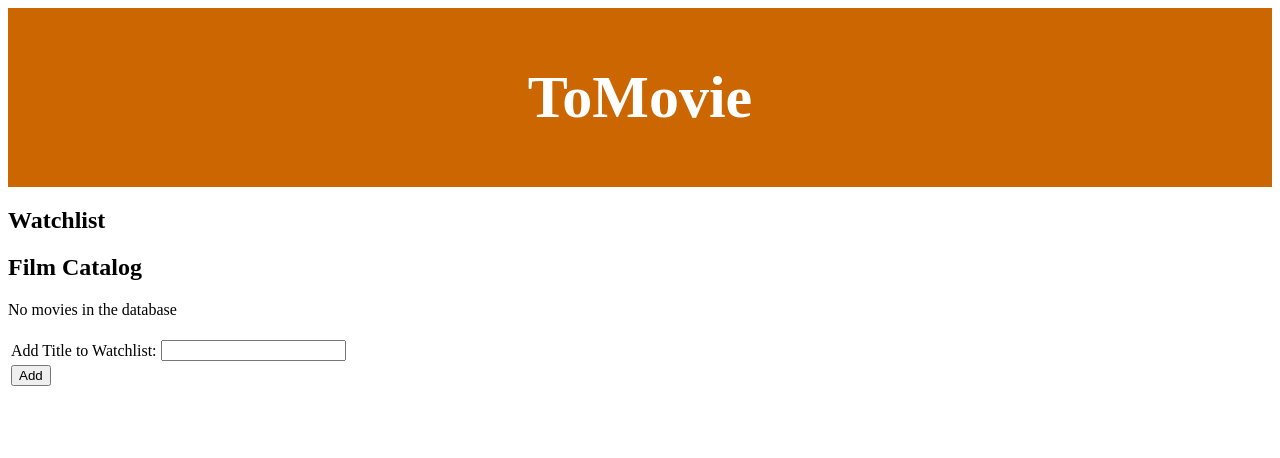
Repository: dannie-su-sjsu/CS157A-team6
Page: http://localhost/ToMovie/movie.jsp
The author's editor kept a copy of each file at every save. The page is drawn from the files as they stood at one save, then again after the next save.
The browser window is 1280 px wide. The pictures show the whole page.
The page is served by Tomcat 9. Other server files are loaded and not shown. Queries for data that is not in the repository find no rows.

Above is the page before, as saved 2023-07-16 05:38:44.

### ToMovie/src/main/webapp/movie.jsp
<%@ page language="java" contentType="text/html; \charset=UTF-8"
	pageEncoding="UTF-8"%>
<%@ page import = "java.sql.*"%>
<!DOCTYPE html>
<html>
<head>
<meta charset="UTF-8">
<style><%@include file="/WEB-INF/css/style.css"%></style>
<title>MovieList</title>
</head>
<body>
<header><h1>ToMovie</h1></header>
<article><h2>Watchlist</h2></article>
<article><h2>Film Catalog</h2></article>

<%
//*** CONNECTING TO DATABASE ***///
Class.forName("com.mysql.cj.jdbc.Driver");
Connection con = DriverManager.getConnection("jdbc:mysql://localhost:3306/cs157aprojectteam6","root","Halo4mlg!");
%>

<%//*** DISPLAYING MOVIE TABLE ***///
try{
	PreparedStatement display = con.prepareStatement("SELECT * FROM cs157aprojectteam6.Movie");
	ResultSet showDisplay = display.executeQuery();
	if(showDisplay.next()==false){
		out.println("No movies in the database");
	}
	else{%>
		<div class= "table_mod1">
			<table>
			<tr><th>ID</th><th>Title</th><th>Year Released</th></tr> <%
			do
			{ %>
				<tr><td><%= showDisplay.getString(1) %></td><td><%= showDisplay.getString(2) %></td><td><%= showDisplay.getString(3) %></td></tr><%
			}while(showDisplay.next());%>
			</table>
		</div><%
	}
}
catch(Exception e){
	e.getStackTrace();
}
%>

<%//*** ADDING FILMS ***///%>
<form action ="MovieServlet" method="post"><br>
<table>
<tr><td> Add Title to Watchlist: </td><td><input type = text name = title></td></tr>
<tr><td><input type = submit value = Add></td></tr>
</table>
</form>

</body>
</html>

### ToMovie/src/main/webapp/WEB-INF/css/style.css
@charset "UTF-8";
.button-container1{
	background-color: #C60;
	padding: 15px 32px;
  	text-align: center;
  	font-size: 36px;
  	font-family: Jockey One;
  	margin-right:100px;
  	box-shadow: 0 12px 16px 0 rgba(0,0,0,0.24), 0 17px 50px 0 rgba(0,0,0,0.19);

}
.button-container2{
	background-color: #C60;
	padding: 15px 32px;
  	color: #1E1E1E;
  	text-align: center;
  	font-size: 36px;
  	font-family: Jockey One;
  	margin-left:100px;
  	box-shadow: 0 12px 16px 0 rgba(0,0,0,0.24), 0 17px 50px 0 rgba(0,0,0,0.19);

}
.button-flex{
	display:flex;
	display: inline-block;
}
.table_mod1{
  border: 1px solid black;
  border-collapse: collapse;
}
header {
  background-color: #C60;
  padding: 15px;
  text-align: center;
  font-size: 30px;
  color: white;
}

After the next save:
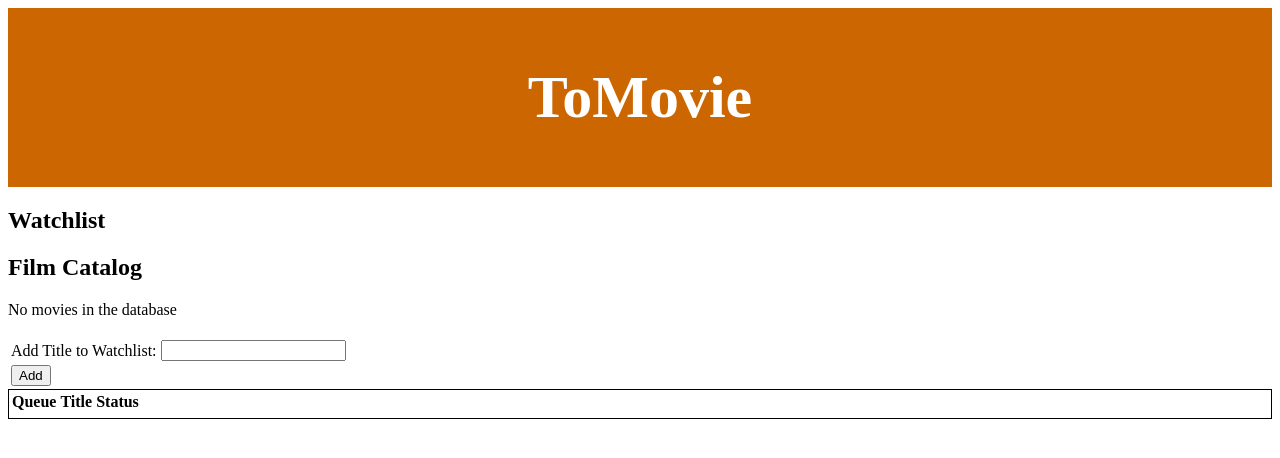
Saved 37 s later.
--- a/ToMovie/src/main/webapp/movie.jsp
+++ b/ToMovie/src/main/webapp/movie.jsp
@@ -50,6 +50,25 @@ catch(Exception e){
 <tr><td><input type = submit value = Add></td></tr>
 </table>
 </form>
+<%//*** DISPLAYING WATCHLIST ***///
+try{
+	PreparedStatement display = con.prepareStatement("SELECT * FROM cs157aprojectteam6.WatchList;");
+	ResultSet showDisplay = display.executeQuery();
+	%>
+		<div class= "table_mod1">
+			<table>
+			<tr><th>Queue</th><th>Title</th><th>Status</th></tr> <%
+			do
+			{ %>
+				<tr><td><%= showDisplay.getString(1) %></td><td><%= showDisplay.getString(2) %></td><td><%= showDisplay.getString(3) %></td></tr><%
+			}while(showDisplay.next());%>
+			</table>
+		</div><%
+}
+catch(Exception e){
+	e.getStackTrace();
+}
+%>
 
 </body>
 </html>
